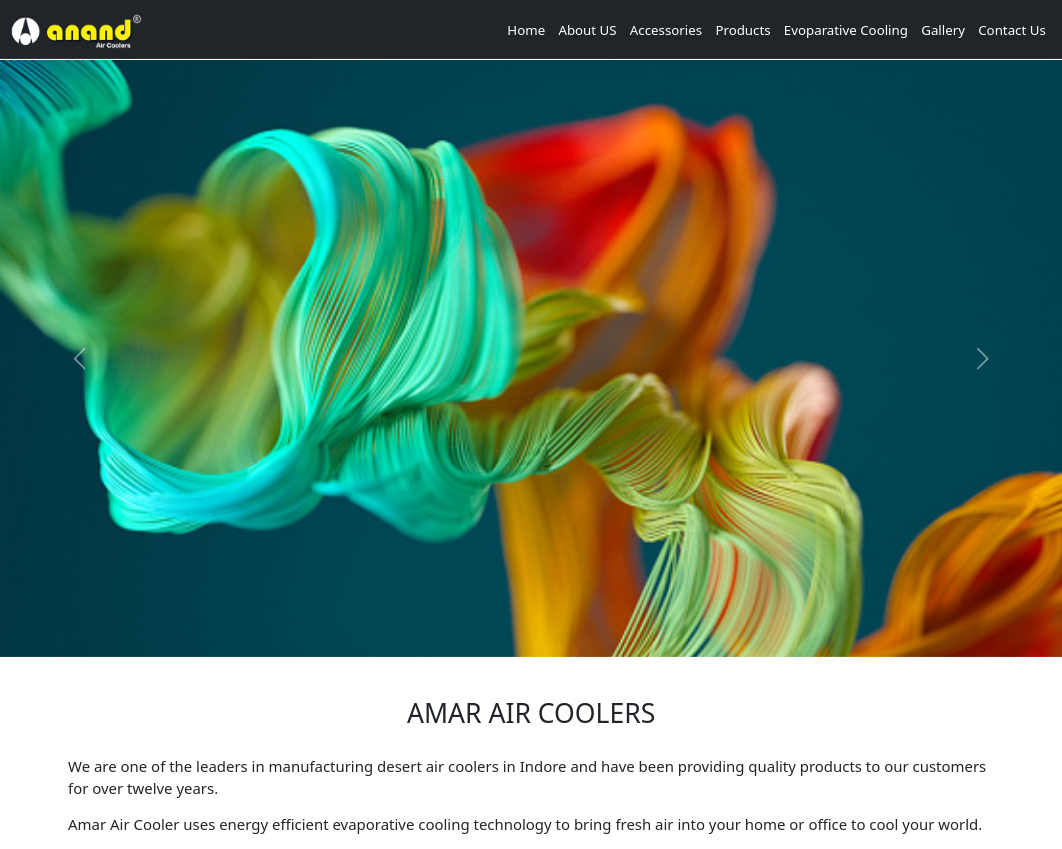
Repository: dhavalmaniyar/divakar
Page: http://localhost/
The author's editor kept a copy of each file at every save. The page is drawn from the files as they stood at one save, then again after the next save.
The browser window is 1280 px wide. The pictures show the whole page, at 83% of full size.
The page is served by the project's application, run on Django 3.2 (divakar_app/manage.py).

Above is the page before, as saved 2021-12-08 11:19:21.

After the next save:
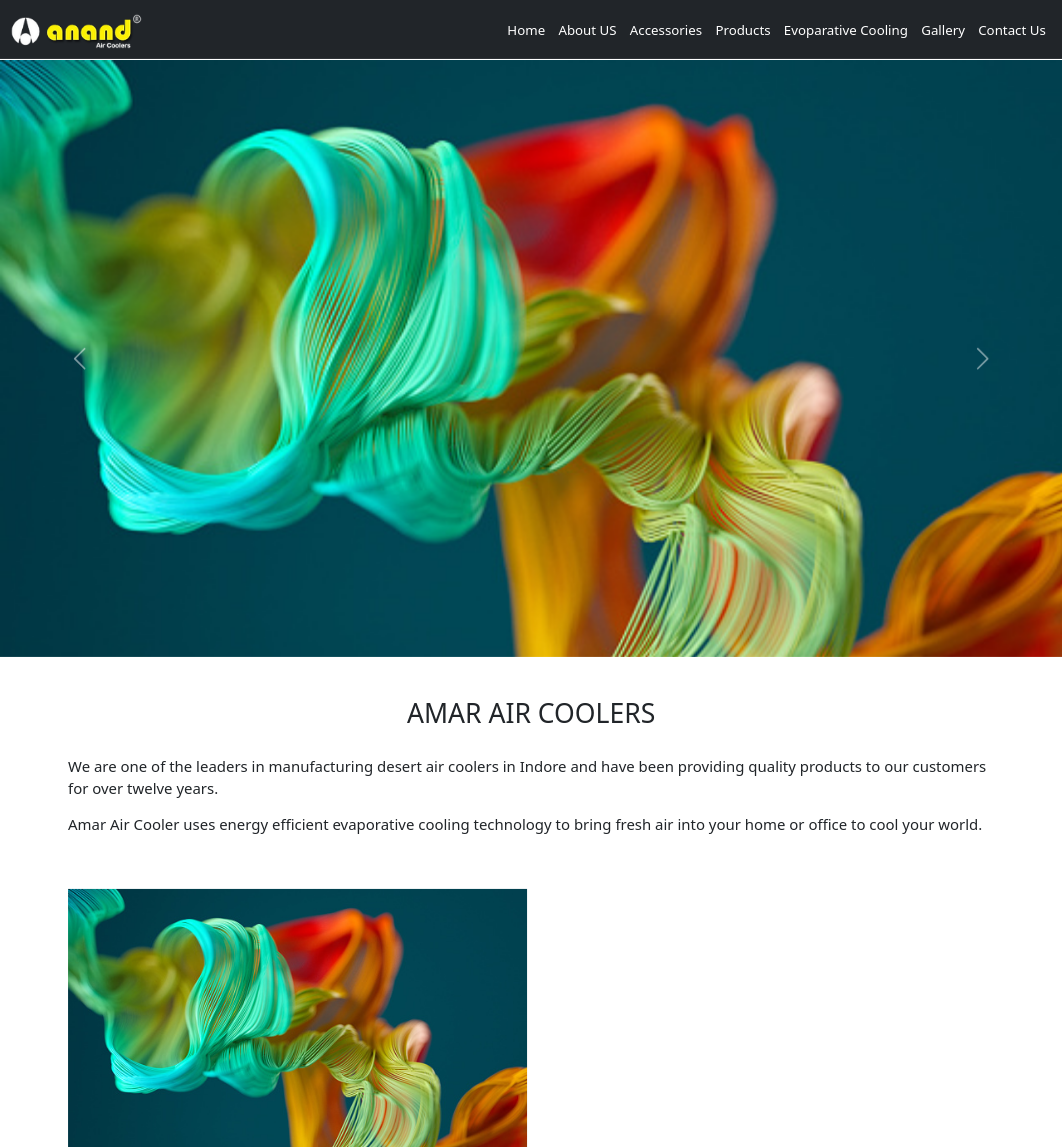
Saved 82 s later.
--- a/divakar_app/templates/index.html
+++ b/divakar_app/templates/index.html
@@ -35,5 +35,7 @@
         Amar Air Cooler uses energy efficient evaporative cooling technology to bring fresh
         air into your home or office to cool your world.
     </p>
+    <br><br>
+    <img src="{%static '/images/landingpage.jpg'%}" class="img-fluid" alt="...">
 </div>
 {%endblock body%}
